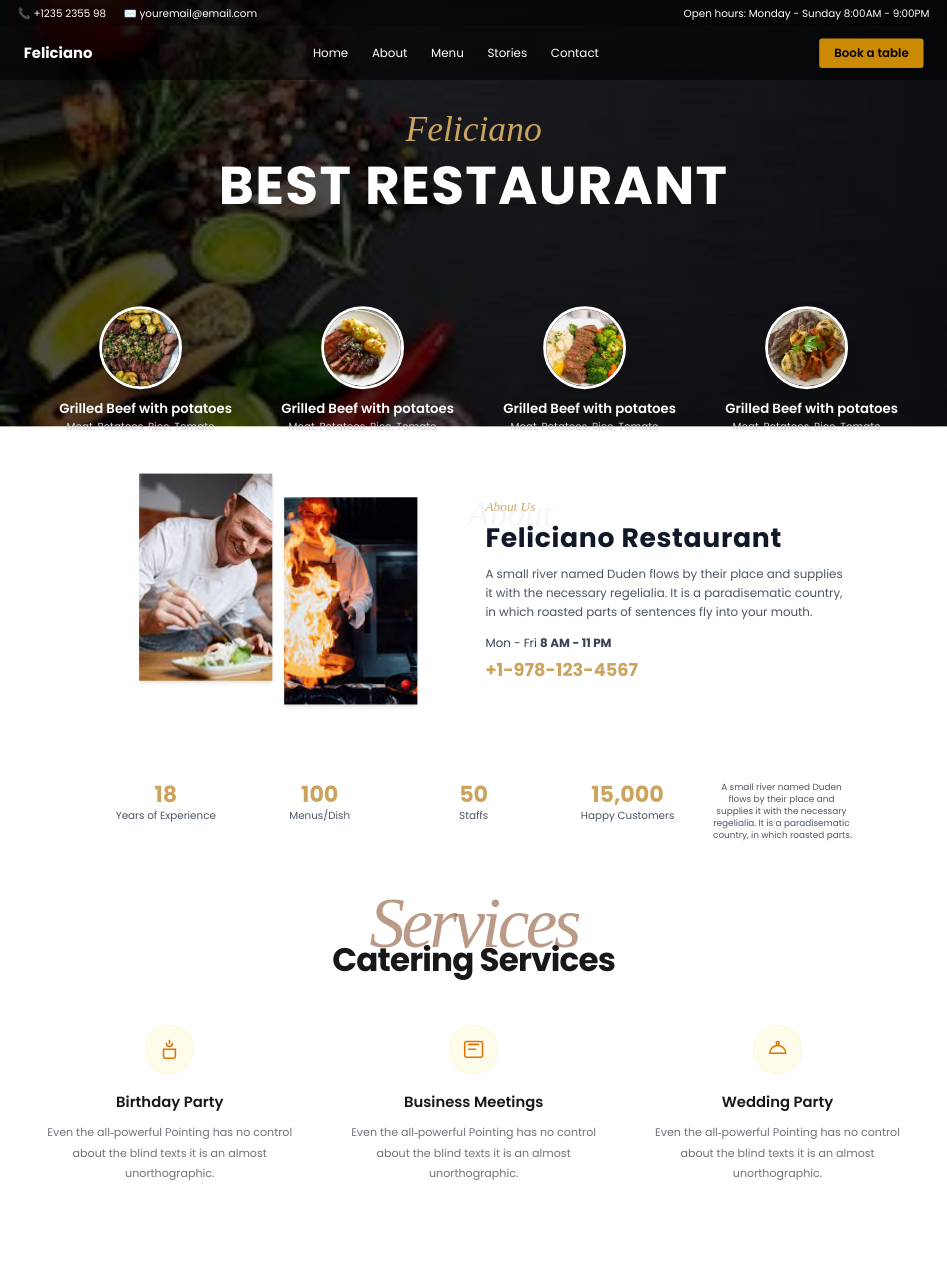
Repository: Purniagithub/Benttacproject
Page: /
These files come from the project's save history. The page is drawn as it stood at one moment and after the next save; the edit follows.
The browser window is 1280 px wide. The pictures show the whole page, at 74% of full size.
Some web fonts or font styles are not loaded; a fallback is used. The project was rebuilt for these pictures with package versions that can differ from the ones it lists, and the page was loaded fresh each time. Also part of the build but not shown: vite.config.js.

Above is the page before, as saved 2025-08-21 17:49:17.

After the next save:
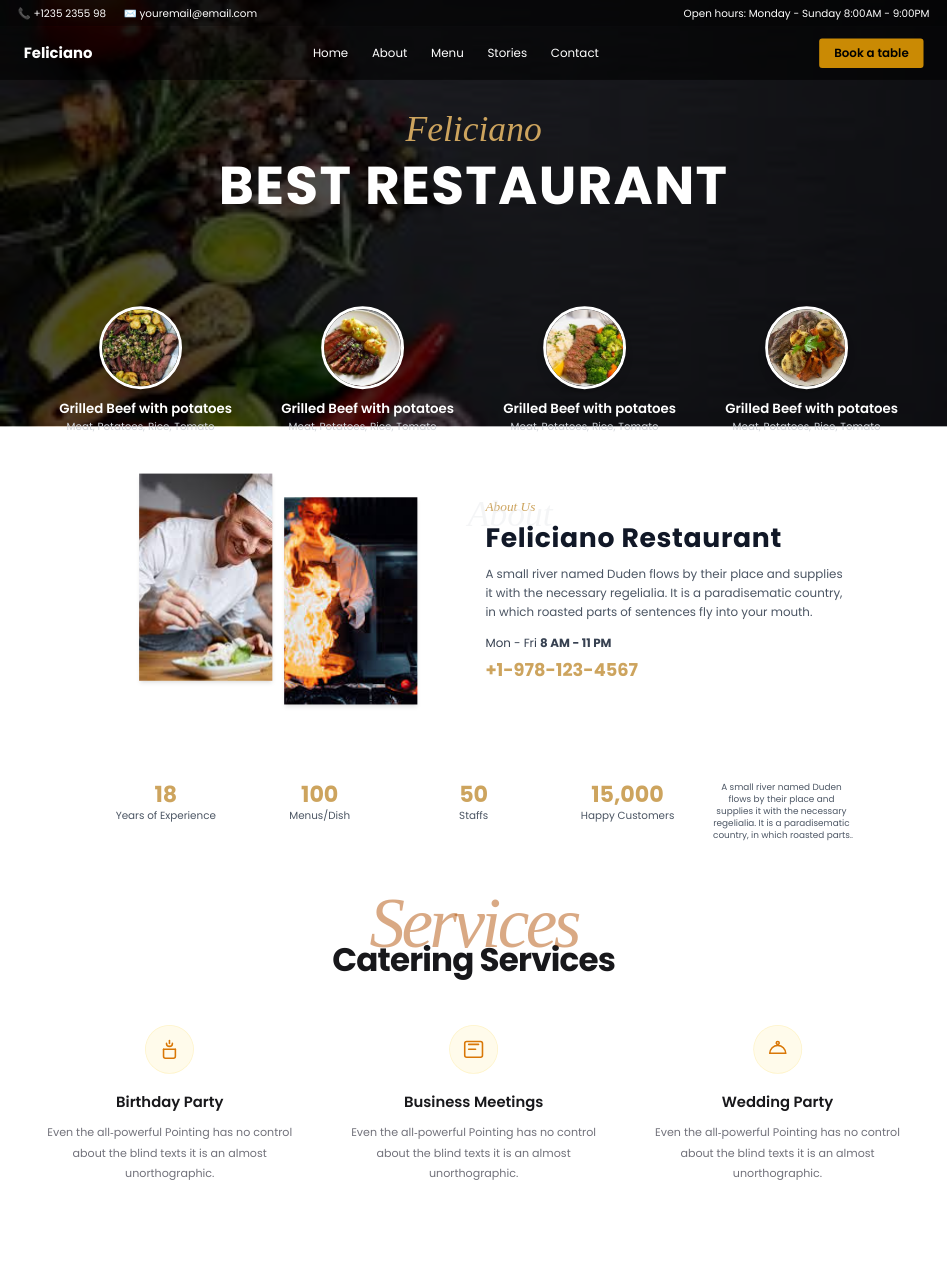
Saved 9 s later.
--- a/src/components/CateringServices.jsx
+++ b/src/components/CateringServices.jsx
@@ -66,7 +66,7 @@ export default function CateringServices({
     <section id={id} className="relative isolate bg-white py-24 sm:py-28">
       {/* Accent word behind heading */}
       <div aria-hidden className="pointer-events-none absolute inset-x-0 -top-1 sm:top-0 text-center">
-        <span className="select-none font-serif italic tracking-tighter text-amber-900/50 text-7xl sm:text-8xl md:text-[96px] leading-none">
+        <span className="select-none font-serif italic tracking-tighter text-amber-700/50 text-7xl sm:text-8xl md:text-[96px] leading-none">
           {accent}
         </span>
       </div>
